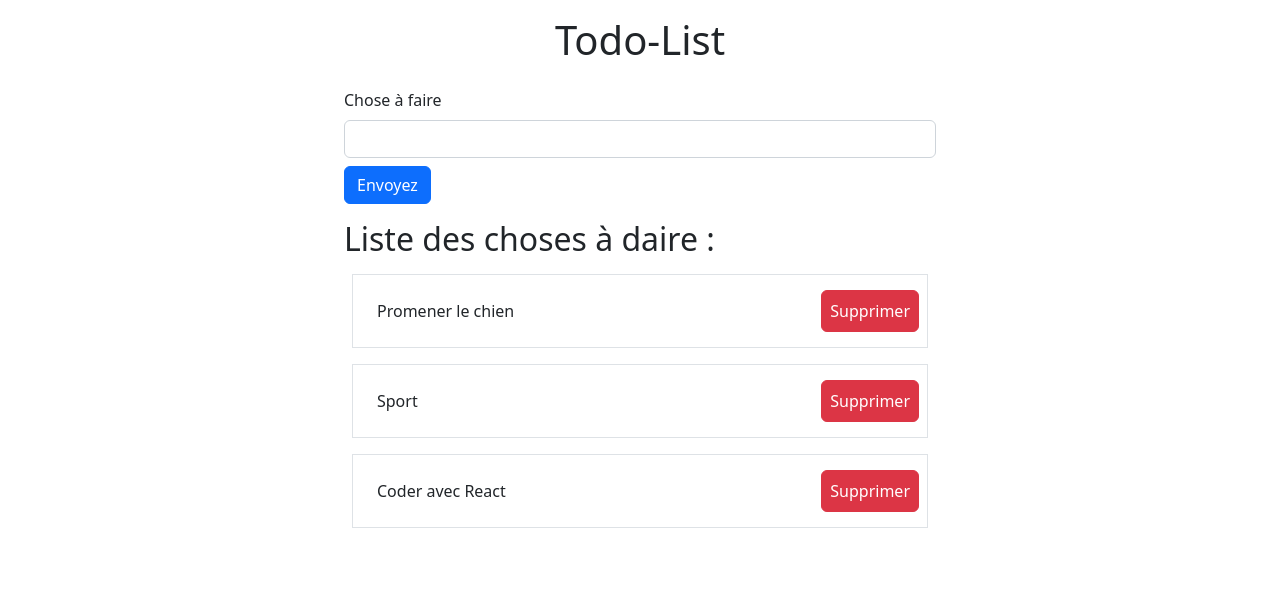
Repository: Michelhof1978/toDoListReact
Page: / (app in APPLICATION/)
The author's editor kept a copy of each file at every save. The page is drawn from the files as they stood at one save, then again after a run of saves.
The browser window is 1280 px wide. The pictures show the whole page.
The project was rebuilt for these pictures with package versions that can differ from the ones it lists, and the page was loaded fresh each time.

Above is the page before, as saved 2023-05-17 13:08:40.

### APPLICATION/src/index.css
*, ::before, ::after {
  box-sizing: border-box;
  margin: 0;
  padding: 0;
}

body {
  background: #222;
  color: #f1f1f1;
  font-family: Arial, Helvetica, sans-serif;
}

.box {
  width: 200px;
  height: 200px;
  background: salmon;
  margin: 30px;
  transition: all ease-in-out 0.4s;
}
.animated {
  background: lightblue;
  transform: scale(1.3);
}

### APPLICATION/src/App.js
import '../node_modules/bootstrap/dist/css/bootstrap.min.css'
import Form from './Components/Form'

function App() {

  return (
    <div className="App">
        <h1 className="text-center mt-3">Todo-List</h1>
        <Form />

    </div>
  );
}

export default App;

### APPLICATION/src/Components/Form.js
import {useState} from 'react'
import Item from './Item'

export default function Form(){

    const [dataArr, setDataArr] = useState([
        {txt: "Promener le chien"},
        {txt: "Sport"},
        {txt: "Coder avec React"},
    ])

    return (

        <div className="m-auto px-4 col-12 col-sm-10 col-lg-6">

            <form className="mb-3">
                <label htmlFor="todo" className="form-label mt-3">Chose à faire</label>
                <input type="text" className="form-control" id="todo"/>

                <button className="mt-2 btn btn-primary d-block">Envoyez</button>
            </form>

            <h2>Liste des choses à daire : </h2>
            <ul className="list-group">
                {dataArr.map((item, index) => {
                    return (
                        <Item
                        txt={item.txt}
                        key={index}//Une clé différente pour chaque élément
                        />
                    )
                })}
            </ul>
        </div>

    )
}

### APPLICATION/src/Components/Item.js

export default function Item(props) {


    return (
        <li className="border d-flex justify-content-between align-items-center  p-2 m-2">
            <div className="p-3">{props.txt}</div>
            <button className="btn btn-danger p-2 h-50">Supprimer</button>
        </li>
    )
}

Loaded but not shown: APPLICATION/public/index.html (common file); APPLICATION/src/index.js (common file)

After the next 2 saves:
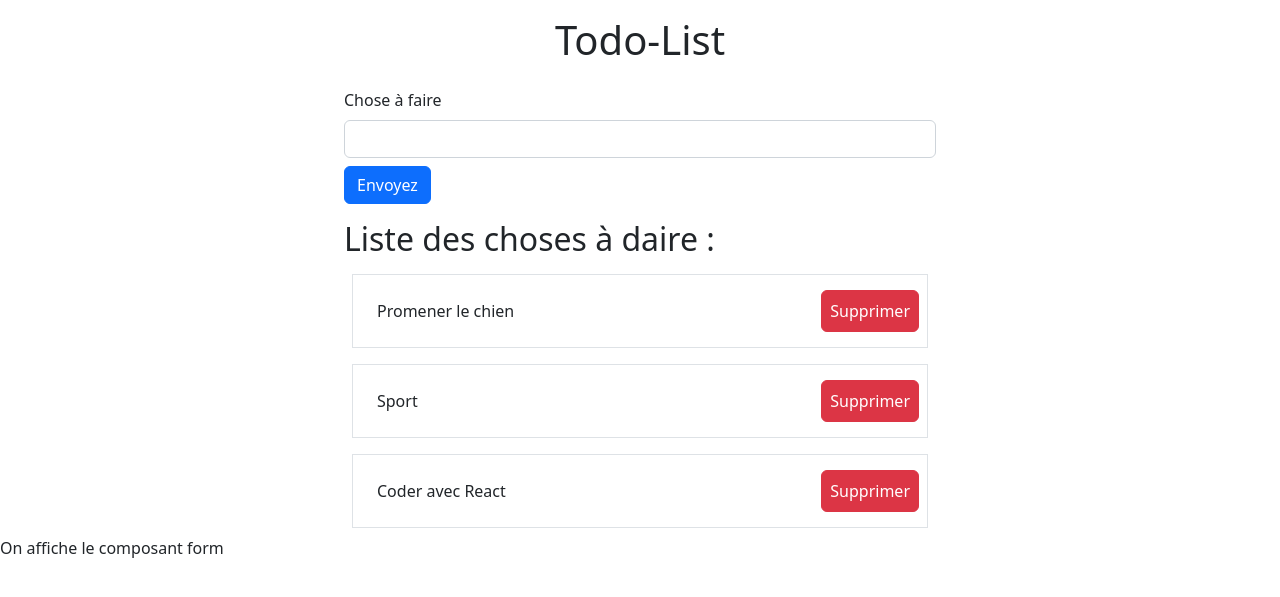
The 2 saves are shown as one change because they came seconds apart.
The last was saved 14 s later.
--- a/APPLICATION/src/App.js
+++ b/APPLICATION/src/App.js
@@ -7,7 +7,7 @@
     <div className="App">
         <h1 className="text-center mt-3">Todo-List</h1>
         <Form />
-
+        On affiche le composant form
     </div>
   );
 }

After the save that followed:
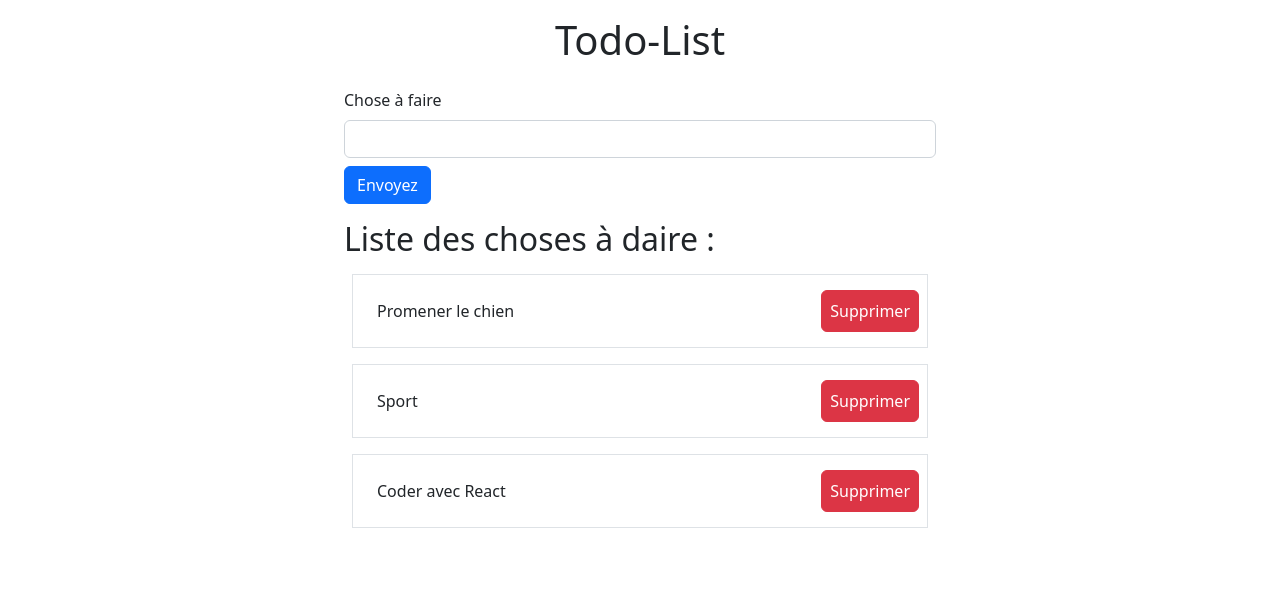
Saved 6 s later.
--- a/APPLICATION/src/App.js
+++ b/APPLICATION/src/App.js
@@ -7,7 +7,7 @@
     <div className="App">
         <h1 className="text-center mt-3">Todo-List</h1>
         <Form />
-        On affiche le composant form
+        {/* On affiche le composant form */}
     </div>
   );
 }
